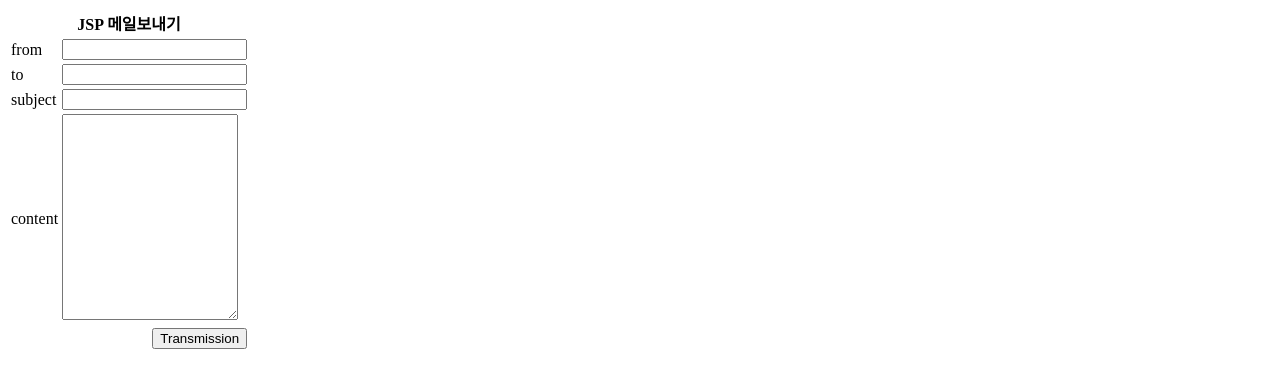
Repository: jungmintaeng/mini-ucampus
Page: ucam/WebContent/Mail.html
These files come from the project's save history. The page is drawn as it stood at one moment and after the next save; the edit follows.
The browser window is 1280 px wide. The pictures show the whole page.

Above is the page before, as saved 2016-06-13 12:08:15.

After the next save:
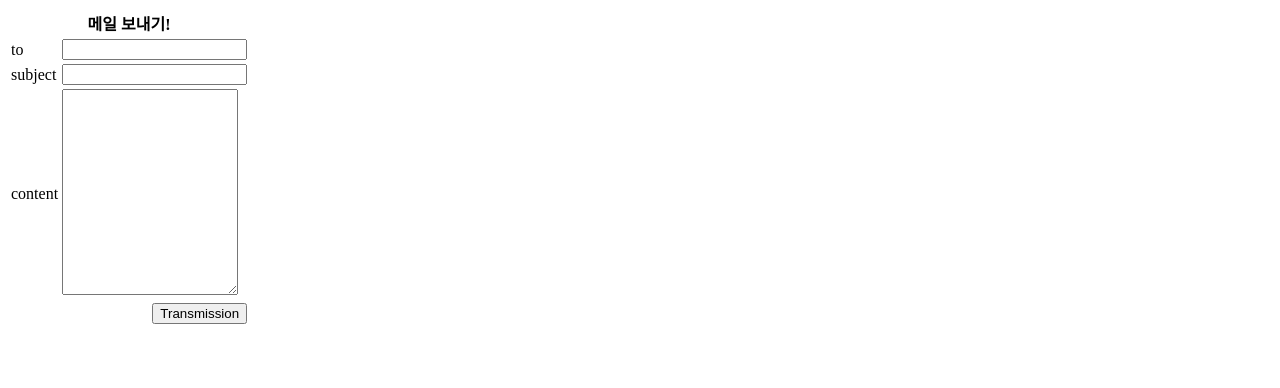
Saved 46 s later.
--- a/ucam/WebContent/Mail.html
+++ b/ucam/WebContent/Mail.html
@@ -8,8 +8,7 @@
 <div>
 <form action="SendMail.jsp" method="post">
  <table>
- <tr><th colspan = "2"> JSP 메일보내기 </th></tr>
- <tr><td>from</td><td><input type="text" name = "from" /></td></tr>
+ <tr><th colspan = "2"> 메일 보내기! </th></tr>
  <tr><td>to</td><td><input type="text" name = "to" /></td></tr>
  <tr><td>subject</td><td><input type="text" name="title" /></td></tr>
  <tr><td>content</td><td><textarea name = "content" style="width:170px; height:200px;"></textarea></td></tr>
